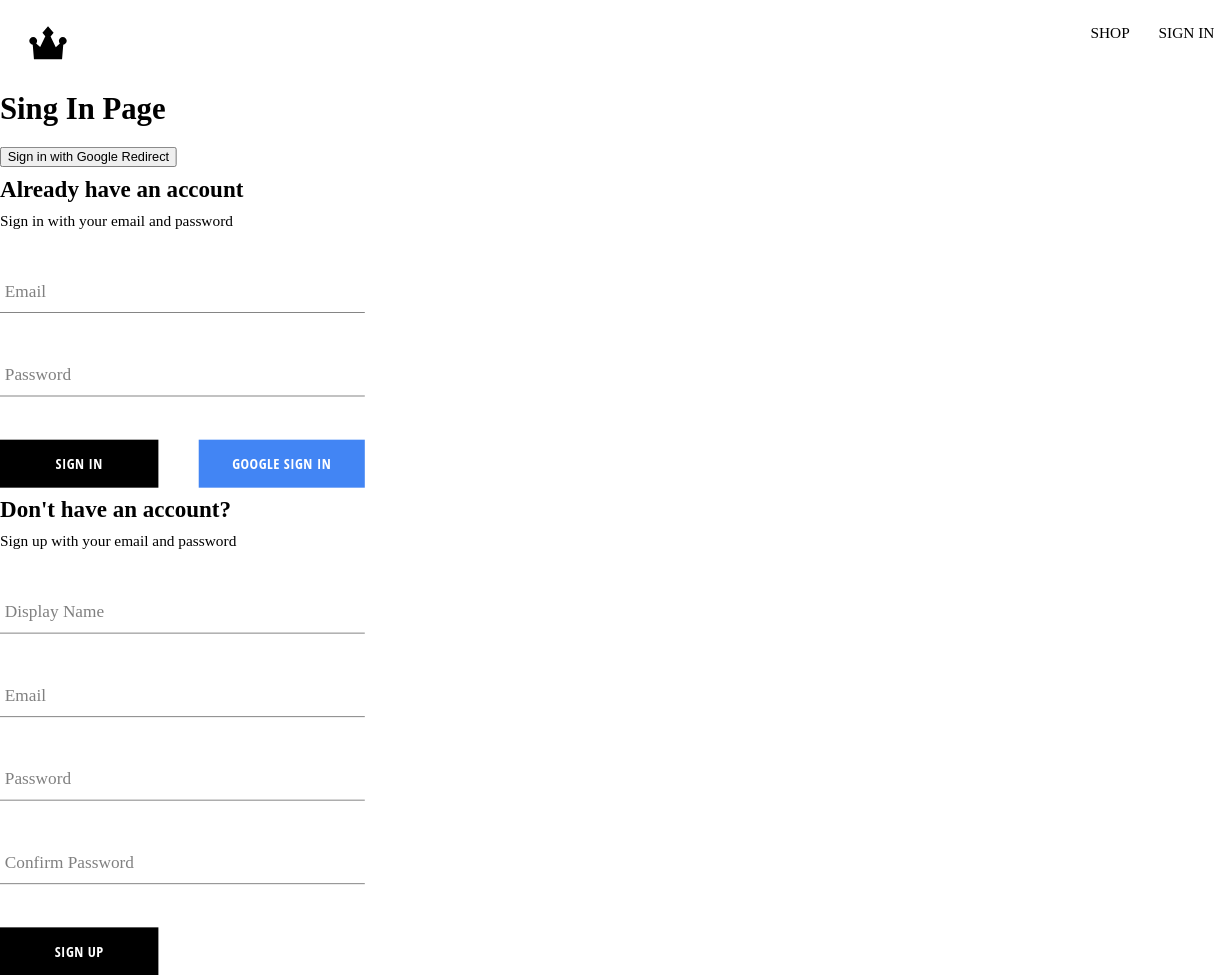
Repository: Chadi2000/crwn-clothing
Page: /auth
These files come from the project's save history. The page is drawn as it stood at one moment and after the next save; the edit follows.
The browser window is 1280 px wide. The pictures show the whole page, at 96% of full size.
The project was rebuilt for these pictures with package versions that can differ from the ones it lists, and the page was loaded fresh each time. Also part of the build but not shown: src/categories.styles.scss, src/components/category-item/category-item.styles.scss, src/components/category-item/category-item.component.jsx, src/components/directory/directory.styles.scss, src/components/directory/directory.component.js, src/routes/home/home.component.jsx.

Above is the page before, as saved 2024-02-13 00:12:45.

### public/index.html
<!DOCTYPE html>
<html lang="en">
  <head>
    <meta charset="utf-8" />
    <link rel="icon" href="%PUBLIC_URL%/favicon.ico" />
    <meta name="viewport" content="width=device-width, initial-scale=1" />
    <meta name="theme-color" content="#000000" />
    <meta
      name="description"
      content="Web site created using create-react-app"
    />
    <link rel="apple-touch-icon" href="%PUBLIC_URL%/logo192.png" />
    <link rel="preconnect" href="https://fonts.googleapis.com">
    <link rel="preconnect" href="https://fonts.gstatic.com" crossorigin>
    <link
    href="https://fonts.googleapis.com/css2?family=Open+Sans:ital,wght@0,300..800;1,300..800&family=Roboto:wght@300&display=swap"
    rel="stylesheet">
    <!--
      manifest.json provides metadata used when your web app is installed on a
      user's mobile device or desktop. See https://developers.google.com/web/fundamentals/web-app-manifest/
    -->
    <link rel="manifest" href="%PUBLIC_URL%/manifest.json" />
    <!--
      Notice the use of %PUBLIC_URL% in the tags above.
      It will be replaced with the URL of the `public` folder during the build.
      Only files inside the `public` folder can be referenced from the HTML.

      Unlike "/favicon.ico" or "favicon.ico", "%PUBLIC_URL%/favicon.ico" will
      work correctly both with client-side routing and a non-root public URL.
      Learn how to configure a non-root public URL by running `npm run build`.
    -->
    <title>React App</title>
  </head>
  <body>
    <noscript>You need to enable JavaScript to run this app.</noscript>
    <div id="root"></div>
    <!--
      This HTML file is a template.
      If you open it directly in the browser, you will see an empty page.

      You can add webfonts, meta tags, or analytics to this file.
      The build step will place the bundled scripts into the <body> tag.

      To begin the development, run `npm start` or `yarn start`.
      To create a production bundle, use `npm run build` or `yarn build`.
    -->
  </body>
</html>

### src/index.scss
body {
  margin: 0;
  font-family: 'Open Sans'
    sans-serif;
    font-weight: 300 800;
  font-stretch: 100%;
  font-display: swap;
  -webkit-font-smoothing: antialiased;
  -moz-osx-font-smoothing: grayscale;
}

code {
  font-family: source-code-pro, Menlo, Monaco, Consolas, 'Courier New',
    monospace;
}

a{
  text-decoration: none;
  color: black;
}

* {
  box-sizing: border-box;
}

### src/App.js
import './categories.styles.scss';
import { Outlet } from 'react-router-dom';
import Directory from './components/directory/directory.component';
import Home from './routes/home/home.component';
import { Routes, Route } from 'react-router-dom';
import Navigation from './routes/navigation/navigation.component';
import Authentication from './routes/authentication/authentication.component';



const Shop =() =>{
  return(
    <h1>SHop from me</h1>
  )
}

const App = () => {


 return(
  <Routes>
    <Route path='/' element={<Navigation />}>
      <Route path='/' element={<Home />} />
      <Route path='shop' element={<Shop/>} />
      <Route path='/auth' element= {<Authentication />} />

    </Route>

  </Routes>
 );
}

export default App;

### src/routes/navigation/navigation.component.jsx
import { Outlet, Link } from "react-router-dom"
import { Fragment } from "react";
import { ReactComponent as CrwnLogo } from "../../assets/crown.svg";
import './navigation.styles.scss';
const Navigation = () =>{
    return (
      <Fragment>
        <div className="navigation">
            <Link className="logo-container" to='/'>
                <CrwnLogo />
            </Link>

          <div className="nav-links-container">
            <Link className="nav-link"  to='/shop'>
                SHOP
            </Link>
            <Link className="nav-link"  to='/auth'>
                SIGN IN
            </Link>
          </div>
        </div>
        <Outlet />
      </Fragment>
    )
  }

  export default Navigation;

### src/routes/authentication/authentication.component.jsx
import { useEffect } from "react";
import { getRedirectResult } from "firebase/auth";

import {
        auth,
        signInWithGooglePopup,
        signInWithGoogleRedirect ,
        createUserDocumentFromAuth
    } from "../../utils/firebase/firebase.utils";
import SignUpForm from "../../components/sign-up-form/sign-up-form.component";
import SignInForm from "../../components/sign-in-form/sign-in-form.component";

const Authentication  = () => {

    useEffect(() => {
        // Define an asynchronous function inside useEffect
        const fetchData = async () => {
          try {
            // You can await here
            const response = await getRedirectResult(auth);
            if(response){
                const userDocRef = await createUserDocumentFromAuth(response.user)
            }
          } catch (error) {
            console.error('Error fetching data:', error);
          }
        };

        // Call the asynchronous function immediately
        fetchData();

        // Specify dependencies if needed (empty array if not)
      }, []); // Add dependencies if needed


    const logGoogleUser = async () =>{
        const {user} = await signInWithGooglePopup();
        const userDocRef = await createUserDocumentFromAuth(user);

    }






    return(
        <div>
            <h1>Sing In Page</h1>
            {/* <button onClick={logGoogleUser}>
                Sign in with Google Popup
            </button> */}
            <button onClick={signInWithGoogleRedirect}>
                Sign in with Google Redirect
            </button>
            <SignInForm />
            <SignUpForm />
        </div>
    )
}

export default Authentication;

### src/routes/navigation/navigation.styles.scss
.navigation{
    height: 70px;
    width: 100%;
    display: flex;
    justify-content: space-between;
    margin-bottom: 25px;

    .logo-container{
        height: 100%;
        width: 70px;
        padding: 25px;
        -webkit-box-align: center;
        align-items: center;
        justify-content: center;
    }
    .nav-links-container{
        width: 50%;
        height: 100%;
        -webkit-box-align: center;
        align-items: center;
        -webkit-box-pack: end;
        display: flex;
        justify-content: flex-end;
        .nav-link{
            padding: 10px 15px;
            cursor: pointer;
        }
    }


}

### src/utils/firebase/firebase.utils.js
import {initializeApp} from 'firebase/app';
import {
     getAuth,
     signInWithRedirect,
     signInWithPopup,
     GoogleAuthProvider,
     createUserWithEmailAndPassword,
     signInWithEmailAndPassword
    } from 'firebase/auth';

import {
    getFirestore,
    doc,
    getDoc,
    setDoc
}  from'firebase/firestore'

const firebaseConfig = {
    apiKey: "AIzaSyCFm4naOY8EzymqmFzu3h2__lM1anMpCoU",
    authDomain: "crwn-clothing-db-ab0ad.firebaseapp.com",
    projectId: "crwn-clothing-db-ab0ad",
    storageBucket: "crwn-clothing-db-ab0ad.appspot.com",
    messagingSenderId: "89349111223",
    appId: "1:89349111223:web:714444d59a5d8bfdf53c32"
  };

  // Initialize Firebase
  const firebaseApp = initializeApp(firebaseConfig);
  const googleProvider = new GoogleAuthProvider();

  googleProvider.setCustomParameters({
    prompt: "select_account"
  })

  export const auth = getAuth();
  export const signInWithGooglePopup = () =>
   signInWithPopup(auth, googleProvider);
  export const signInWithGoogleRedirect =()=>
   signInWithRedirect(auth, googleProvider)

  export const db = getFirestore();
  export const createUserDocumentFromAuth = async (
    userAuth,
    additionalInformation={}
    )=>{
    if(!userAuth) return ;
    const userDocRef = doc(db,'users',userAuth.uid )

    console.log(userDocRef);

    const userSnapshot = await getDoc(userDocRef);
    console.log(userSnapshot);
    console.log(userSnapshot.exists());

    if(!userSnapshot.exists()){
        const {displayName , email} = userAuth;
        const createdAt = new Date();

        try{
            await setDoc(userDocRef, {
                displayName,
                email,
                createdAt,
                ...additionalInformation
            })
        }catch(error){
            console.log('error creating the user', error.message)
        }
    }

    return userDocRef;
  }

  export const createAuthUserWithEmailAndPassword = async (email, password)=>{
    if(!email || !password) return;
    return await createUserWithEmailAndPassword(auth, email, password)
  };

  export const sinInAuthUserWithEmailAndPassword = async (email, password)=>{
    if(!email || !password) return;
    return await signInWithEmailAndPassword(auth, email, password)
  };

### src/components/sign-up-form/sign-up-form.component.jsx
import { useState } from "react";
import { createAuthUserWithEmailAndPassword, createUserDocumentFromAuth } from "../../utils/firebase/firebase.utils";
import FormInput from "../form-input/form-input.component";
import './sign-up-form.styles.scss';
import Button from "../button/button.component";

const defaultFormFields ={
    displayName: '',
    email:'',
    password:'',
    confirmPassword: ''
}

const SignUpForm =() =>{

    const [formFields, setFormFields] = useState(defaultFormFields);
    const { displayName, email, password, confirmPassword} = formFields;

    console.log(formFields);

    const resetFormFields = () =>{
        setFormFields(defaultFormFields);
    }

    const handleSubmit = async(event) =>{
        event.preventDefault();

        if(password != confirmPassword){
            alert("password do not match");
            return;
        }

        try{
            const {user} = await createAuthUserWithEmailAndPassword(email, password);

            await createUserDocumentFromAuth(user,{ displayName });
            resetFormFields();


        }catch(error){
            if(error.code ==  'auth/email-already-in-use'){
                alert('Cannot create user, email already in use');
            } else{
                console.log('user created encountered an error', error);
            }

        }
    }



    const handlechange = (event) =>{

        setFormFields({...formFields, [event.target.name]:event.target.value})
    }

    return (


        <div className="sign-up-container">
            <h2>Don't have an account?</h2>
            <span>Sign up with your email and password</span>
            <form onSubmit={handleSubmit}>
                <FormInput
                label="Display Name"
                inputOptions = {{
                    type:"text",
                    required:true,
                    onChange:handlechange,
                    name:"displayName",
                    value : displayName,
                    }}
                     />

                <FormInput
                label="Email"
                inputOptions = {{
                    type:"email",
                    required:true,
                    onChange:handlechange,
                    name:"email",
                    value : email,
                    }}
                     />

                <FormInput
                label="Password"
                inputOptions = {{
                    type:"password",
                    required:true,
                    onChange:handlechange,
                    name:"password",
                    value : password,
                    }}
                     />

                <FormInput
                label="Confirm Password"
                inputOptions = {{
                    type:"password",
                    required:true,
                    onChange:handlechange,
                    name:"confirmPassword",
                    value : confirmPassword,
                    }}
                     />


                <Button type="submit">Sign Up</Button>
            </form>
        </div>
    )
}

export default SignUpForm;

### src/components/sign-in-form/sign-in-form.component.jsx
import { useState } from "react";
import { signInWithGooglePopup , createUserDocumentFromAuth,
    sinInAuthUserWithEmailAndPassword} from "../../utils/firebase/firebase.utils";
import FormInput from "../form-input/form-input.component";
import './sign-in-form.styles.scss';
import Button from "../button/button.component";


const defaultFormFields ={
    email:'',
    password:'',
}

const SignInForm =() =>{

    const [formFields, setFormFields] = useState(defaultFormFields);
    const { email, password} = formFields;

    console.log(formFields);

    const resetFormFields = () =>{
        setFormFields(defaultFormFields);
    }

    const signInWithGoogle = async () =>{
        const { user }= await signInWithGooglePopup();
        await createUserDocumentFromAuth(user)
    }

    const handleSubmit = async(event) =>{
        event.preventDefault();


        try{
            const response = await sinInAuthUserWithEmailAndPassword(email, password);
            console.log(response);
            resetFormFields();
        }catch(error){
            switch(error.code){
                case 'auth/wrong-password':
                    alert('incorrect password for email');
                    break
                case 'auth/invalid-credential':
                    alert('no user associated with this email');
                    break;
                default:
                    console.log(error);
            }

        }
    }



    const handlechange = (event) =>{

        setFormFields({...formFields, [event.target.name]:event.target.value})
    }

    return (


        <div className="sign-up-container">
            <h2>Already have an account</h2>
            <span>Sign in with your email and password</span>
            <form onSubmit={handleSubmit}>
                <FormInput
                label="Email"
                inputOptions = {{
                    type:"email",
                    required:true,
                    onChange:handlechange,
                    name:"email",
                    value : email,
                    }}
                     />

                <FormInput
                label="Password"
                inputOptions = {{
                    type:"password",
                    required:true,
                    onChange:handlechange,
                    name:"password",
                    value : password,
                    }}
                     />


                    <div className="buttons-container">
                        <Button type="submit">Sign In</Button>
                        <Button type='button' buttonType='google' onClick={signInWithGoogle}>
                            Google Sign In</Button>
                    </div>


            </form>
        </div>
    )
}

export default SignInForm;

### src/components/form-input/form-input.component.jsx
import './form-input.styles.scss';


const FormInput = ({label, inputOptions}) =>{
    return (
        <div className="group">
            <input className="form-input" {...inputOptions} />
            {
                label &&(
            <label className={`${inputOptions.value.length ? 'shrink': ''}
            form-input-label`}>{label}</label>)}



        </div>

    )
}
export default FormInput;

### src/components/button/button.component.jsx
import './button.styles.scss';

const BUTTON_TYPES_CLASSES = {
    google:'google-sign-in',
    inverted:'inverted',

}

const Button = ({ children, buttonType, ...otherProps }) =>{
    return(
        <button className={`button-container ${BUTTON_TYPES_CLASSES[buttonType]}`}
        {...otherProps}
        >
            {children}
        </button>
    )
}

export default Button;

### src/components/sign-in-form/sign-in-form.styles.scss
.sign-up-container{
    display: flex;
    flex-direction: column;
    width: 380px;

    h2{
        margin: 10px 0;
    }
    .buttons-container{
     display: flex;
     justify-content: space-between;
    }
}

### src/components/form-input/form-input.styles.scss
$sub-color: grey;
$main-color: black;

@mixin shrinkLabel{
    top: -14px;
    font-size: 12px;
    color:$main-color ;
}

.group{
    position: relative;
    margin: 45px 0;
    .form-input{
        background: none;
        background-color: white;
        color:$sub-color;
        font-size: 18px;
        padding: 10px 10px 10px 5px;
        display: block;
        width: 100%;
        border: none;
        border-radius: 0;
        border-bottom: 1px solid $sub-color;
        border-top: none;
        border-right: none;
        border-left: none;
        margin: 25px 0;

        &:focus{
            outline: none;
        }
        &:focus ~ .form-input-label{
            @include shrinkLabel();
        }
    }

    input[type='password']{
        letter-spacing: 0.3em;
    }

    .form-input-label{
        color: $sub-color;
        font-size: 18px;
        font-weight: normal;
        position: absolute;
        pointer-events: none;
        left: 5px;
        top: 10px;
        transition: all 300ms ease 0s;
        line-height: 1;
        &.shrink{
            @include shrinkLabel()
        }

    }


}

### src/components/button/button.styles.scss
.button-container{
    min-width: 165px;
    width: auto;
    height: 50px;
    letter-spacing: 0.5px;
    line-height: 50px;
    padding: 0 35px 0 35px;
    font-size: 15px;
    background-color: black;
    color: white;
    text-transform: uppercase;
    font-family: 'Open Sans Condensed';
    font-weight: bolder;
    border: none;
    cursor: pointer;
    display: flex;
    justify-content: center;

    &:hover{
        background-color: white;
        color: black;
        border: 1px solid black;
    }

    &.google-sign-in{
        background-color: #4285f4;
        color:white;
        &:hover{
            background-color: #357ae8;
            border: none;
        }
    }


    &.inverted{
        background-color: white;
        color: black;
        border: 1px solid black;

        &:hover {
            background-color: black;
            color: white;
            border:none;
        }
    }
}

Loaded but not shown: src/index.js (common file); src/reportWebVitals.js (common file); src/components/sign-up-form/sign-up-form.styles.scss (common file)

After the next save:
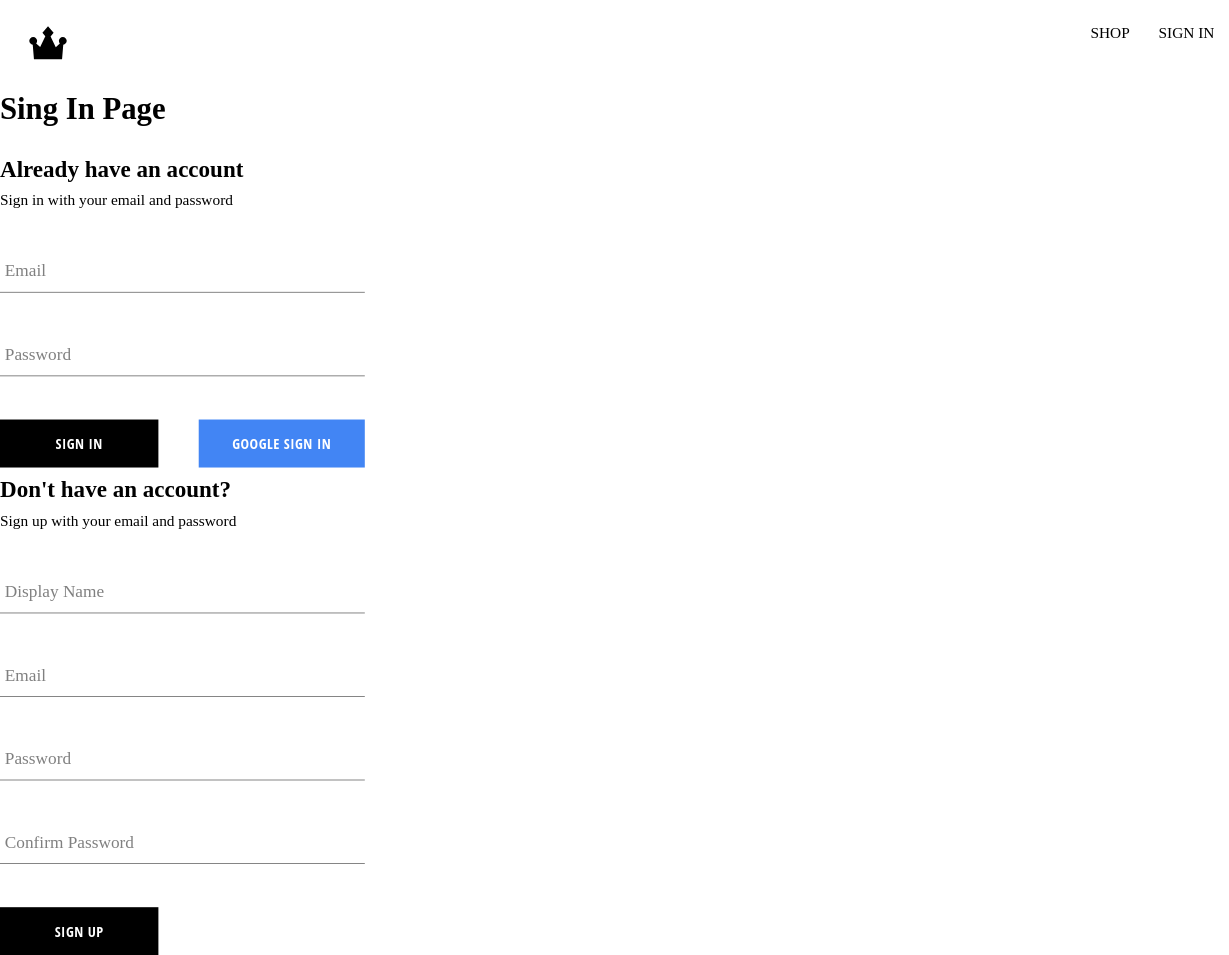
Saved 4 min 41 s later.
--- a/src/routes/authentication/authentication.component.jsx
+++ b/src/routes/authentication/authentication.component.jsx
@@ -12,47 +12,9 @@ import SignInForm from "../../components/sign-in-form/sign-in-form.component";
 
 const Authentication  = () => {
 
-    useEffect(() => {
-        // Define an asynchronous function inside useEffect
-        const fetchData = async () => {
-          try {
-            // You can await here
-            const response = await getRedirectResult(auth);
-            if(response){
-                const userDocRef = await createUserDocumentFromAuth(response.user)
-            }
-          } catch (error) {
-            console.error('Error fetching data:', error);
-          }
-        };
-
-        // Call the asynchronous function immediately
-        fetchData();
-
-        // Specify dependencies if needed (empty array if not)
-      }, []); // Add dependencies if needed
-
-
-    const logGoogleUser = async () =>{
-        const {user} = await signInWithGooglePopup();
-        const userDocRef = await createUserDocumentFromAuth(user);
-
-    }
-
-
-
-
-
-
     return(
         <div>
             <h1>Sing In Page</h1>
-            {/* <button onClick={logGoogleUser}>
-                Sign in with Google Popup
-            </button> */}
-            <button onClick={signInWithGoogleRedirect}>
-                Sign in with Google Redirect
-            </button>
             <SignInForm />
             <SignUpForm />
         </div>
